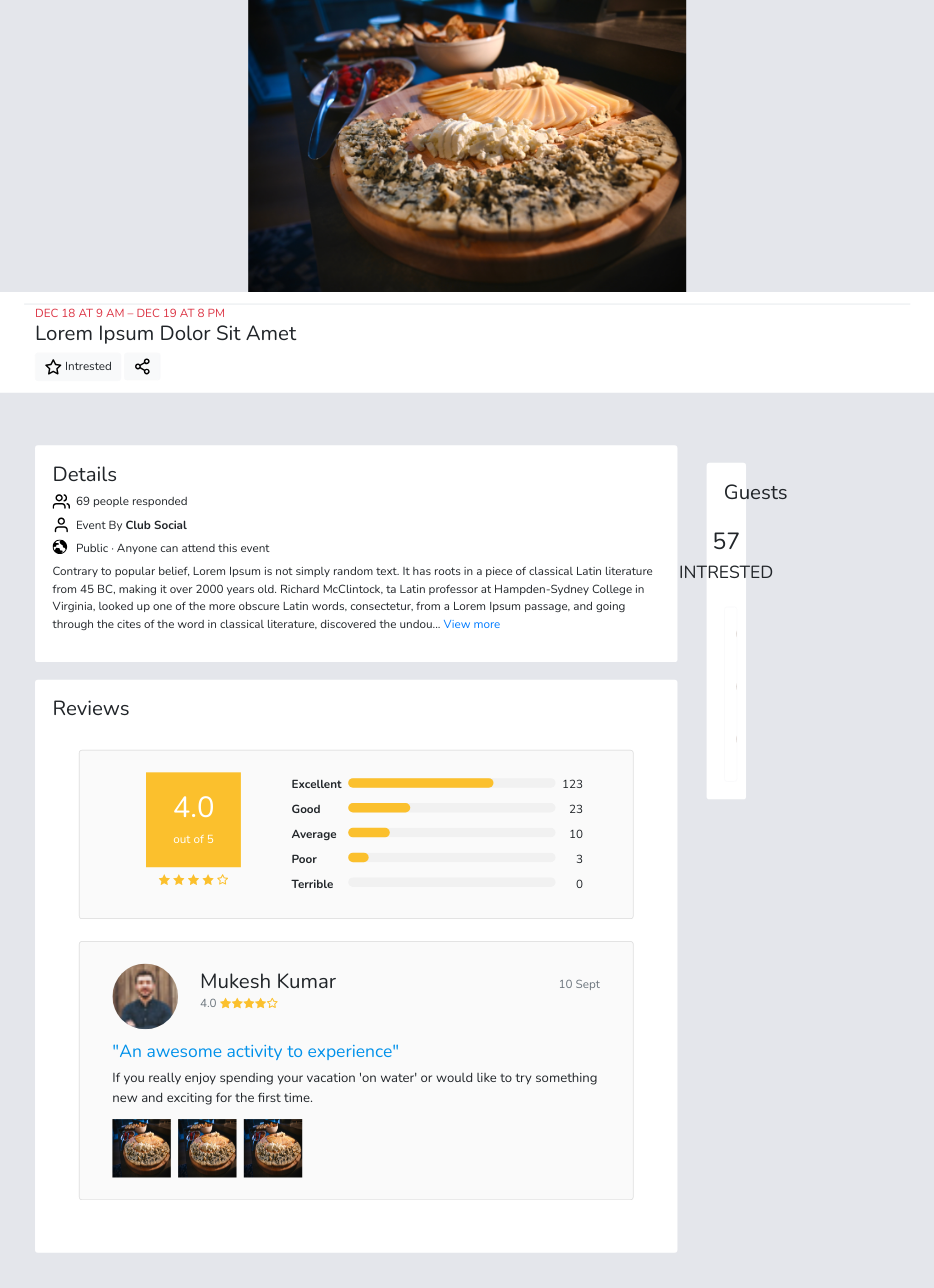
Repository: iamrachid/ensaevents
Page: event.html
The author's editor kept a copy of each file at every save. The page is drawn from the files as they stood at one save, then again after the next save.
The browser window is 1280 px wide. The pictures show the whole page, at 73% of full size.

Above is the page before, as saved 2021-11-25 18:05:17.

### event.html
<html>

<head>
    <meta charset="UTF-8">
    <meta http-equiv="X-UA-Compatible" content="IE=edge">
    <meta name="viewport" content="width=device-width, initial-scale=1.0">
    <title>Document</title>
    <link rel="stylesheet" href="css/bootstrap.css">
    <link rel="stylesheet" href="css/style.css">
    <!-- Link Swiper's CSS -->
    <link rel="stylesheet" href="https://unpkg.com/swiper/swiper-bundle.min.css" />

    <link rel="preconnect" href="https://fonts.googleapis.com">
    <link rel="preconnect" href="https://fonts.gstatic.com" crossorigin>
    <link
        href="https://fonts.googleapis.com/css2?family=Nunito:ital,wght@0,200;0,300;0,400;0,600;0,700;0,800;0,900;1,200;1,300;1,400;1,600;1,700;1,800;1,900&display=swap"
        rel="stylesheet">
</head>

<body class="w-100">

    <div class="text-center bg-main d-flex justify-content-center">
        <img src="assets/img/card-1.jpg" class="cover-img">
    </div>
    <div class="py-3 px-md-5 px-3">
        <div class="row border-top">
            <div class="col-md-10 col-md-12">
                <span class="text-uppercase text-danger">DEC 18 AT 9 AM – DEC 19 AT 8 PM</span>
                <h3>Lorem Ipsum Dolor Sit Amet</h3>
            </div>
            <div class="col-md-2 col-sm-12">
                <button class="btn btn-light ">
                    <svg class="btn-icon">
                        <use xlink:href="assets/img/icons.svg#icon-star"></use>
                    </svg>
                    Intrested</button>
                <button class="btn btn-light">
                    <svg class="btn-icon">
                        <use xlink:href="assets/img/icons.svg#icon-share-2"></use>
                    </svg>
                </button>
            </div>
        </div>
    </div>

    <div class="p-md-5 p-0 bg-main">
        <div class="row">
            <div class="col-md-8 col-lg-9 pr-3 col-12">
                <div class="bg-white mt-4 p-4 rounded">
                    <h3>Details</h3>
                    <div class="d-flex">
                        <svg class="detail-icon mr-2 mb-2">
                            <use xlink:href="assets/img/icons.svg#icon-users"></use>
                        </svg>
                        <span>69 people responded</span>
                    </div>
                    <div class="d-flex">
                        <svg class="detail-icon mr-2  mb-2">
                            <use xlink:href="assets/img/icons.svg#icon-user"></use>
                        </svg>
                        <span>Event By <strong>Club Social</strong></span>
                    </div>
                    <div class="d-flex">
                        <svg class="detail-icon mr-2 mb-2">
                            <use xlink:href="assets/img/icons.svg#icon-public"></use>
                        </svg>
                        <span>Public · Anyone can attend this event</span>
                    </div>
                    <p>
                        <span>
                            Contrary to popular belief, Lorem Ipsum is not simply random text. It has roots in a piece
                            of
                            classical
                            Latin literature from 45 BC, making it over 2000 years old. Richard McClintock, ta Latin
                            professor
                            at
                            Hampden-Sydney College in Virginia, looked up one of the more obscure Latin words,
                            consectetur,
                            from
                            a
                            Lorem Ipsum passage, and going through the cites of the word in classical literature,
                            discovered
                            the
                            undou</span><span class="collapse  multi-collapse show fast" id="dots">...</span>
                        <span class="collapse  multi-collapse fast" id="more-text">btable source. Lorem Ipsum comes from
                            sections
                            1.10.32 and 1.10.33 of "de Finibus Bonorum et
                            Malorum" (The Extremes of Good and Evil) by Cicero, written in 45 BC. This book is a
                            treatise on
                            the
                            theory of ethics, very popular during the Renaissance. The first line of Lorem Ipsum, "Lorem
                            ipsum
                            dolor
                            sit amet..", comes from a line in section 1.10.32.
                        </span>

                        <a class="collapse  multi-collapse fast" type="button" id="less" data-toggle="collapse"
                            data-target=".multi-collapse" aria-expanded="false"
                            aria-controls="dots more less more-text">View less</a>
                        <a class="collapse show  multi-collapse fast" type="button" id="more" data-toggle="collapse"
                            data-target=".multi-collapse" aria-expanded="false"
                            aria-controls="dots more less more-text">View more</a>
                    </p>
                </div>
                <div class="bg-white mt-4 p-4 rounded">
                    <h3>Reviews</h3>


                    <div class="row justify-content-center">
                        <div class=" col-11 text-center mb-5">
                            <div class="card review-card">
                                <div class="row justify-content-start d-flex">
                                    <div class="col-md-4 d-flex flex-column">
                                        <div class="rating-box">
                                            <h1 class="pt-4">4.0</h1>
                                            <p class="">out of 5</p>
                                        </div>
                                        <div class="mt-1">
                                            <svg class="rating-icon">
                                                <use xlink:href="assets/img/icons.svg#icon-star-full"></use>
                                            </svg>
                                            <svg class="rating-icon">
                                                <use xlink:href="assets/img/icons.svg#icon-star-full"></use>
                                            </svg>
                                            <svg class="rating-icon">
                                                <use xlink:href="assets/img/icons.svg#icon-star-full"></use>
                                            </svg>
                                            <svg class="rating-icon">
                                                <use xlink:href="assets/img/icons.svg#icon-star-full"></use>
                                            </svg>
                                            <svg class="rating-icon">
                                                <use xlink:href="assets/img/icons.svg#icon-star"></use>
                                            </svg>
                                        </div>
                                    </div>
                                    <div class="col-md-8">
                                        <div class="rating-bar0 justify-content-center">
                                            <table class="text-left mx-auto">
                                                <tr>
                                                    <td class="rating-label">Excellent</td>
                                                    <td class="rating-bar">
                                                        <div class="bar-container">
                                                            <div class="bar-5"></div>
                                                        </div>
                                                    </td>
                                                    <td class="text-right">123</td>
                                                </tr>
                                                <tr>
                                                    <td class="rating-label">Good</td>
                                                    <td class="rating-bar">
                                                        <div class="bar-container">
                                                            <div class="bar-4"></div>
                                                        </div>
                                                    </td>
                                                    <td class="text-right">23</td>
                                                </tr>
                                                <tr>
                                                    <td class="rating-label">Average</td>
                                                    <td class="rating-bar">
                                                        <div class="bar-container">
                                                            <div class="bar-3"></div>
                                                        </div>
                                                    </td>
                                                    <td class="text-right">10</td>
                                                </tr>
                                                <tr>
                                                    <td class="rating-label">Poor</td>
                                                    <td class="rating-bar">
                                                        <div class="bar-container">
                                                            <div class="bar-2"></div>
                                                        </div>
                                                    </td>
                                                    <td class="text-right">3</td>
                                                </tr>
                                                <tr>
                                                    <td class="rating-label">Terrible</td>
                                                    <td class="rating-bar">
                                                        <div class="bar-container">
                                                            <div class="bar-1"></div>
                                                        </div>
                                                    </td>
                                                    <td class="text-right">0</td>
                                                </tr>
                                            </table>
                                        </div>
                                    </div>
                                </div>
                            </div>
                            <div class="card review-card">
                                <div class="row d-flex">
                                    <div class=""> <img class="profile-pic" src="assets/img/user.png"> </div>
                                    <div class="d-flex flex-column">
                                        <h3 class="mt-2 mb-0">Mukesh Kumar</h3>
                                        <div>
                                            <p class="text-left d-flex align-items-center"><span
                                                    class="text-muted mr-1">4.0</span>
                                                <svg class="rating-icon">
                                                    <use xlink:href="assets/img/icons.svg#icon-star-full"></use>
                                                </svg>
                                                <svg class="rating-icon">
                                                    <use xlink:href="assets/img/icons.svg#icon-star-full"></use>
                                                </svg>
                                                <svg class="rating-icon">
                                                    <use xlink:href="assets/img/icons.svg#icon-star-full"></use>
                                                </svg>
                                                <svg class="rating-icon">
                                                    <use xlink:href="assets/img/icons.svg#icon-star-full"></use>
                                                </svg>
                                                <svg class="rating-icon">
                                                    <use xlink:href="assets/img/icons.svg#icon-star"></use>
                                                </svg>
                                            </p>
                                        </div>
                                    </div>
                                    <div class="ml-auto">
                                        <p class="text-muted pt-5 pt-sm-3">10 Sept</p>
                                    </div>
                                </div>
                                <div class="row text-left">
                                    <h4 class="blue-text mt-3">"An awesome activity to experience"</h4>
                                    <p class="content">If you really enjoy spending your vacation 'on water' or would
                                        like
                                        to try something new and exciting for the first time.</p>
                                </div>
                                <div class="row text-left"> <img class="pic" src="assets/img/card-1.jpg"> <img
                                        class="pic" src="assets/img/card-1.jpg"> <img class="pic"
                                        src="assets/img/card-1.jpg"> </div>
                            </div>
                        </div>
                    </div>




                </div>
            </div>
            <div class="p-4">
                <div class="col-md-4 col-lg-3  col-sm-12 bg-white mt-4 p-4 rounded">
                    <h3>Guests</h3>
                    <div class="d-flex justify-content-center py-4">
                        <div class="d-flex flex-column align-items-center">
                            <h2 cla>57</h2>
                            <h4 class="text-uppercase">Intrested</h4>
                        </div>

                    </div>
                    <div class="overflow-auto border-light border rounded users px-2">
                        <div class="user d-flex align-items-center">
                            <img class="user-img m-2" src="assets/img/user.png" />
                            <span class="user-name">Riaz Beck</span>
                        </div>
                        <div class="user d-flex align-items-center">
                            <img class="user-img m-2" src="assets/img/user.png" />
                            <span class="user-name">Riaz Beck</span>
                        </div>
                        <div class="user d-flex align-items-center">
                            <img class="user-img m-2" src="assets/img/user.png" />
                            <span class="user-name">Riaz Beck</span>
                        </div>
                        <div class="user d-flex align-items-center">
                            <img class="user-img m-2" src="assets/img/user.png" />
                            <span class="user-name">Riaz Beck</span>
                        </div>
                        <div class="user d-flex align-items-center">
                            <img class="user-img m-2" src="assets/img/user.png" />
                            <span class="user-name">Riaz Beck</span>
                        </div>
                        <div class="user d-flex align-items-center">
                            <img class="user-img m-2" src="assets/img/user.png" />
                            <span class="user-name">Riaz Beck</span>
                        </div>
                        <div class="user d-flex align-items-center">
                            <img class="user-img m-2" src="assets/img/user.png" />
                            <span class="user-name">Riaz Beck</span>
                        </div>
                        <div class="user d-flex align-items-center">
                            <img class="user-img m-2" src="assets/img/user.png" />
                            <span class="user-name">Riaz Beck</span>
                        </div>
                        <div class="user d-flex align-items-center">
                            <img class="user-img m-2" src="assets/img/user.png" />
                            <span class="user-name">Riaz Beck</span>
                        </div>
                        <div class="user d-flex align-items-center">
                            <img class="user-img m-2" src="assets/img/user.png" />
                            <span class="user-name">Riaz Beck</span>
                        </div>
                    </div>
                </div>
            </div>
        </div>
        <script src="js/jquery-3.6.0.js">
        </script>
        <!-- Bootstrap -->
        <script src="js/bootstrap.js"></script>
        <!-- Swiper JS -->
        <script src="js/swiper-bundle.min.js"></script>

        <!-- Main script -->
        <script src="js/script.js"></script>

</body>

</html>

### css/style.css
@font-face {
    font-family: Forever;
    src: url(../font/Foreverbrushscript-GwZy.otf);
  }

html, body{
    font-family: "Nunito";
    font-weight: 400;
    width: 100%;
}
.hero {
    background: linear-gradient(45deg, rgba(173,225,255,1) 0%, rgba(186,175,255,1) 40%, rgba(175,255,182,1) 74%, rgba(175,255,182,1) 100%);
}
.btn-header {
    font-size: 1rem;
}

.heading-title {
    font-size: 5rem;
    font-weight: 800;
}
@media only screen and (max-width: 768px) {
    .heading-title {
        font-size: 4rem;
    }

    .padding-smallSize {
        padding: .5rem;
    }
}

.heading-title_white {
    color: #fafafa;
}
.heading-subtitle {
    color: #fafafa;
    letter-spacing: .2cm;
}
.search-bar {
    padding: .51rem 0.5rem;
    background-color: white;
    left: 50%;
    transform: translate(-50%,-50%);
    border-radius: 30px;
}

.search-btn {
    background-color: #b2d0ff;
    color: #fafafa;
    font-weight: 600;
}

.card-img-box {
    height: 12rem;
    overflow: hidden;
    display: flex;
    justify-content: center;
    align-items: center;
}

.forever {
    font-family: Forever;
    font-size:2rem
}

.bg-color-blue {
    background-color:#b2d0ff;
}

.gradient {
    background:linear-gradient(to right,rgba(149, 133, 255,1) 0%, rgba(186,175,255,1)  100%);
}

.menu-icon {
    width: 1.2rem;
    height: 1.2rem;
    fill: #fff;
}

.menu-active {
    border-left: 5px solid #fff;
}

.side-nav-link, .side-nav-link:hover {
    color: #fff;
}

.side-nav-item.active:hover {
    padding-right:5px;
}

.side-nav-item {
    transition: all  0.3s;
}

.side-nav-item:hover, .side-nav-item.active {
    border-left: 5px solid #fff;
    transition: all 0.3s;
}

.btn-purple {
    color: #fff;
    background-color: rgba(149, 133, 255,1);
    border-color: rgba(149, 133, 255,1);
}

.btn-purple:hover {
    color: #fff;
    background-color: rgba(186,175,255,1);
    border-color: rgba(186,175,255,1);
}

.detail-icon {
    height: 1.5rem;
    width: 1.5rem;
}

.users {
    height: 15rem;
}

.user-name {
    font-size:1.5rem;
}

.user-img {
    height: 2rem;
    width: 2rem;
    border-radius:50%;
}

.btn-icon {
    height: 1.5rem;
    width: 1.5rem;
}

.fast {
    transition: all 0s;
}

.bg-main {
    background-color: #e4e6eb !important;
}

.cover-img {
    width: 100%;
    max-width: 600px;
}

/* Reviews */

.rating-icon {
    fill: #FBC02D;
    height: 1rem;
    width: 1rem;
}

.review-card {
    border-radius: 5px;
    background-color: #fff;
    background-color: #fafafa;
    padding-left: 60px;
    padding-right: 60px;
    margin-top: 30px;
    padding-top: 30px;
    padding-bottom: 30px
}

.rating-box {
    width: 130px;
    height: 130px;
    margin-right: auto;
    margin-left: auto;
    background-color: #FBC02D;
    color: #fff
}

.rating-label {
    font-weight: bold
}

.rating-bar {
    width: 300px;
    padding: 8px;
    border-radius: 5px
}

.bar-container {
    width: 100%;
    background-color: #f1f1f1;
    text-align: center;
    color: white;
    border-radius: 20px;
    cursor: pointer;
    margin-bottom: 5px
}

.bar-5 {
    width: 70%;
    height: 13px;
    background-color: #FBC02D;
    border-radius: 20px
}

.bar-4 {
    width: 30%;
    height: 13px;
    background-color: #FBC02D;
    border-radius: 20px
}

.bar-3 {
    width: 20%;
    height: 13px;
    background-color: #FBC02D;
    border-radius: 20px
}

.bar-2 {
    width: 10%;
    height: 13px;
    background-color: #FBC02D;
    border-radius: 20px
}

.bar-1 {
    width: 0%;
    height: 13px;
    background-color: #FBC02D;
    border-radius: 20px
}


.star-active {
    color: #FBC02D;
    margin-top: 10px;
    margin-bottom: 10px
}

.star-active:hover {
    color: #F9A825;
    cursor: pointer
}

.star-inactive {
    color: #CFD8DC;
    margin-top: 10px;
    margin-bottom: 10px
}

.blue-text {
    color: #0091EA
}

.content {
    font-size: 18px
}

.profile-pic {
    width: 90px;
    height: 90px;
    border-radius: 100%;
    margin-right: 30px
}

.pic {
    width: 80px;
    height: 80px;
    margin-right: 10px
}

### js/script.js
var swiper = new Swiper(".events", {
    pagination: {
      el: ".swiper-pagination",
      clickable: true,
    }
    ,
    breakpoints: {
      640: {
        slidesPerView: 1,
        spaceBetween: 20,
      },
      768: {
        slidesPerView: 2,
        spaceBetween: 40,
      },
      1024: {
        slidesPerView: 3,
        spaceBetween: 50,
      },
    },

  })

  var swiper = new Swiper(".clubs", {
    spaceBetween: 10,
    autoplay: {
      delay: 3000,
      // TODO: this should be false
      disableOnInteraction: false,
    },
    pagination: {
      el: ".swiper-pagination",
      clickable: true,
    },
    navigation: {
      nextEl: ".swiper-button-next",
      prevEl: ".swiper-button-prev",
    },
    breakpoints: {
      640: {
        slidesPerView: 2,
        spaceBetween: 20,
      },
      768: {
        slidesPerView: 3,
        spaceBetween: 40,
      },
      1024: {
        slidesPerView: 5,
        spaceBetween: 50,
      },
    }
  });;

Loaded but not shown: css/bootstrap.css (library); js/jquery-3.6.0.js (library); js/bootstrap.js (library); js/swiper-bundle.min.js (library)

After the next save:
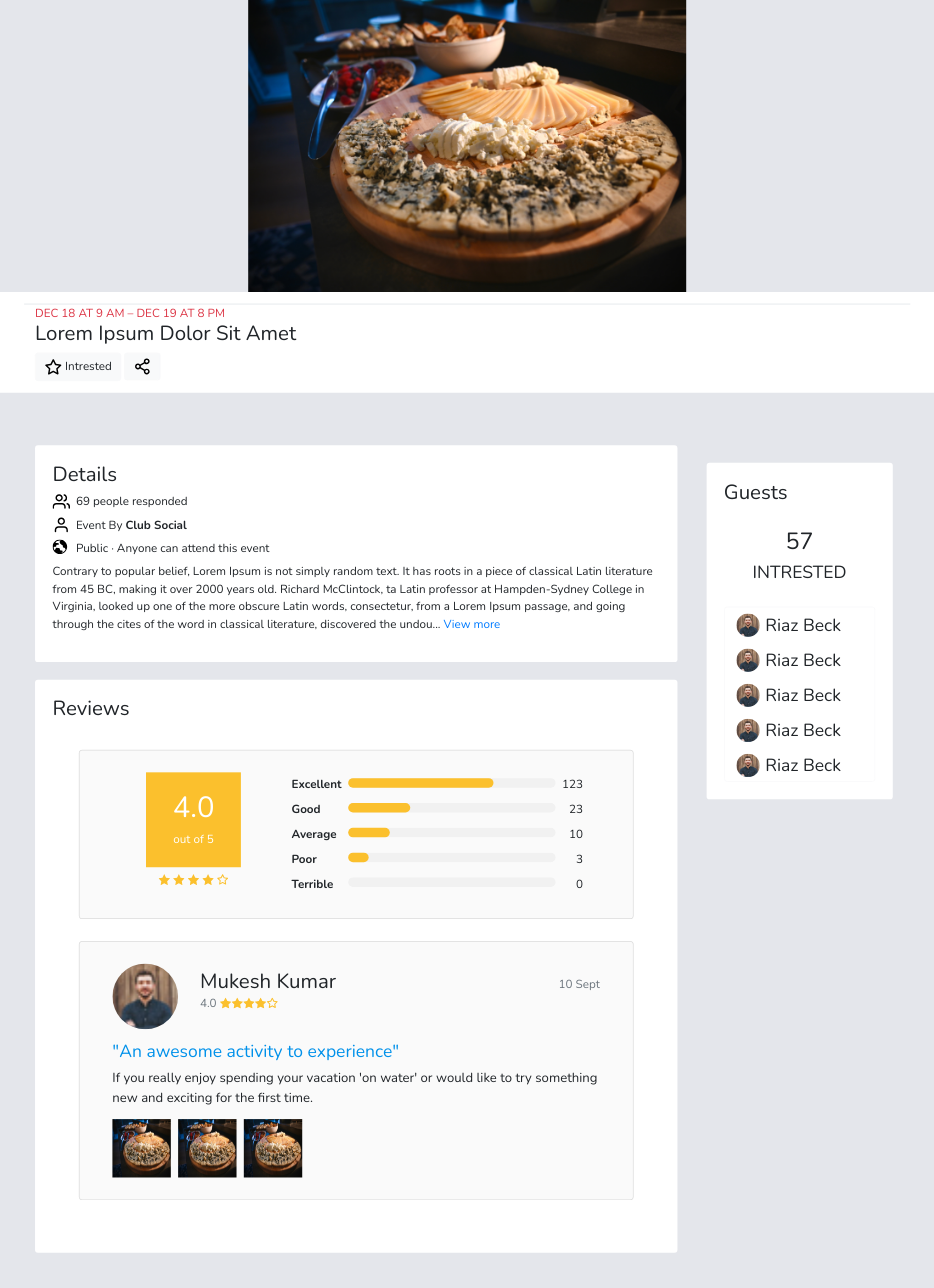
Saved 32 s later.
--- a/event.html
+++ b/event.html
@@ -234,8 +234,8 @@
 
                 </div>
             </div>
-            <div class="p-4">
-                <div class="col-md-4 col-lg-3  col-sm-12 bg-white mt-4 p-4 rounded">
+            <div class="p-4 col-md-4 col-lg-3  col-sm-12 ">
+                <div class="bg-white mt-4 p-4 rounded">
                     <h3>Guests</h3>
                     <div class="d-flex justify-content-center py-4">
                         <div class="d-flex flex-column align-items-center">
